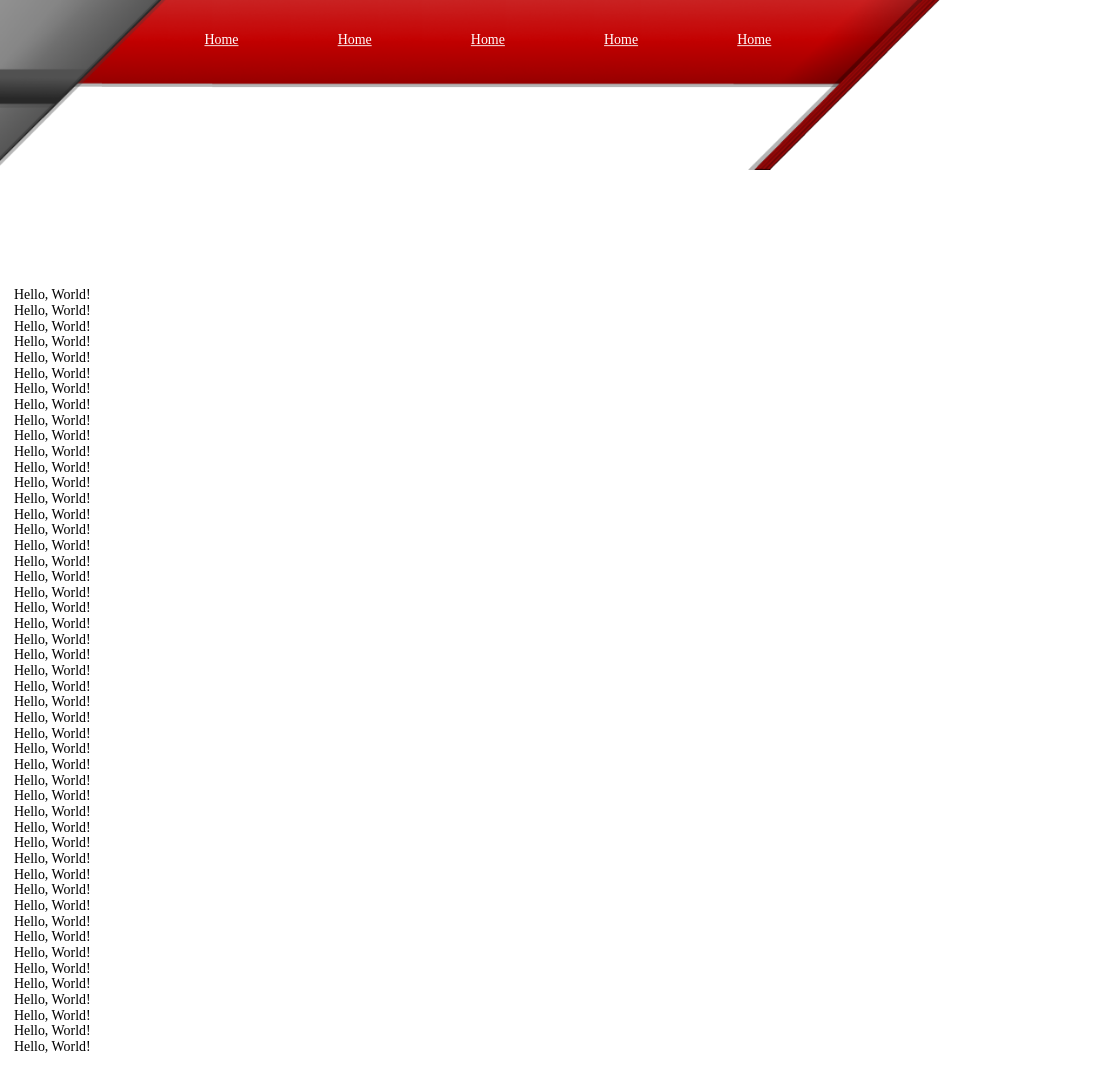
Repository: cestaberous/jakeweb
Page: header.html
The author's editor kept a record of every edit. The page is drawn from the files as they stood at one moment, then again after the next edit.
The browser window is 1280 px wide. The pictures show the whole page, at 87% of full size.

Above is the page before.

After the next edit:
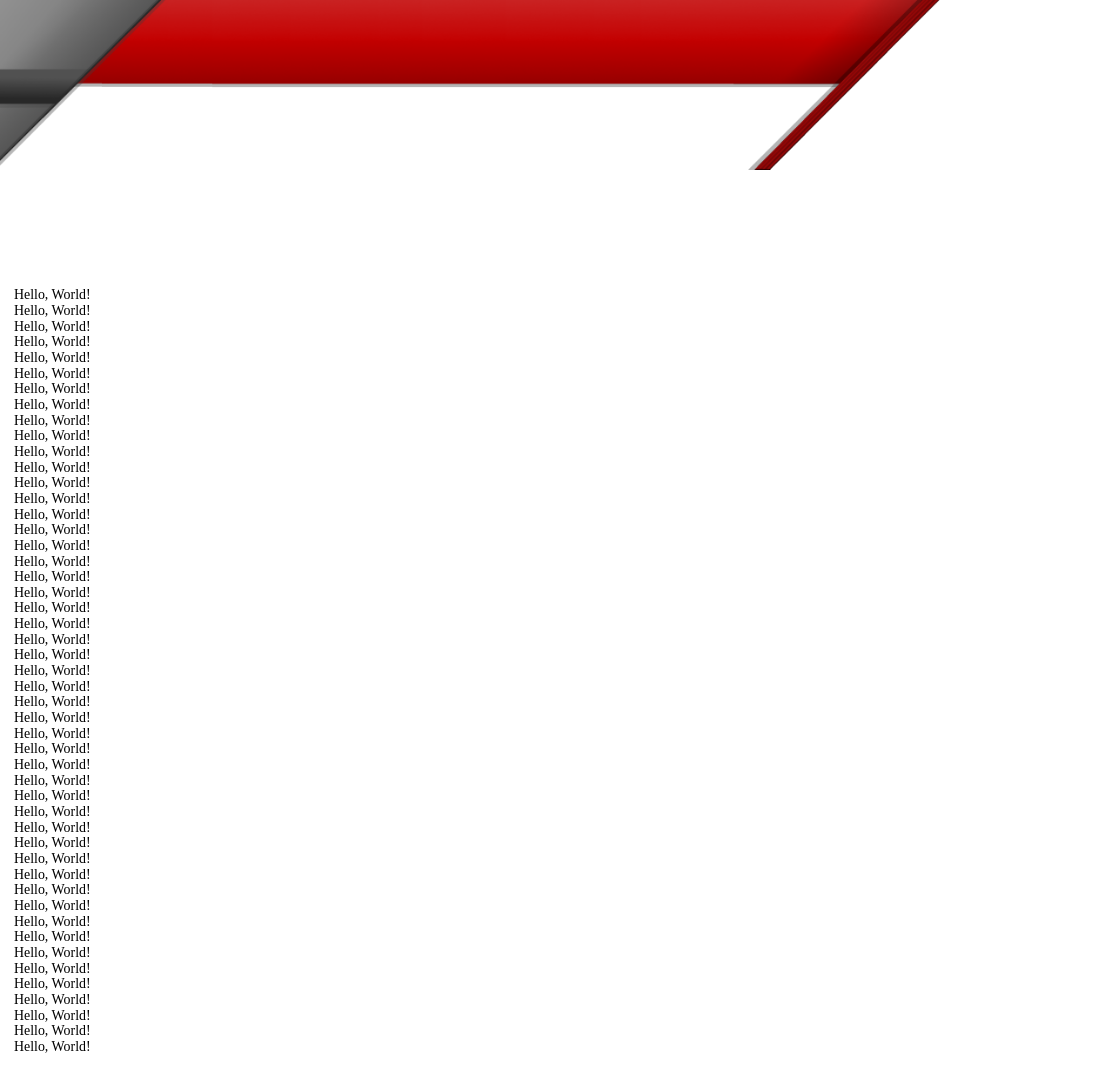
The edit:
--- a/header.html
+++ b/header.html
@@ -31,7 +31,7 @@
             }
         </style>
     </head>
-    <body>
+    <body onload="startup();">
         <img id="topLogo" onmouseover="openNav()" onmouseout="closeNav()" class="topLogo" src="/rcs/topLogo.png"/>
         <img id="navBar" onmouseover="openNav()" onmouseout="closeNav()" class="navBar" src="/rcs/redBar.png"/>
         <img id="turkey" class="turkey" src="/rcs/turkey.jpg"/>
